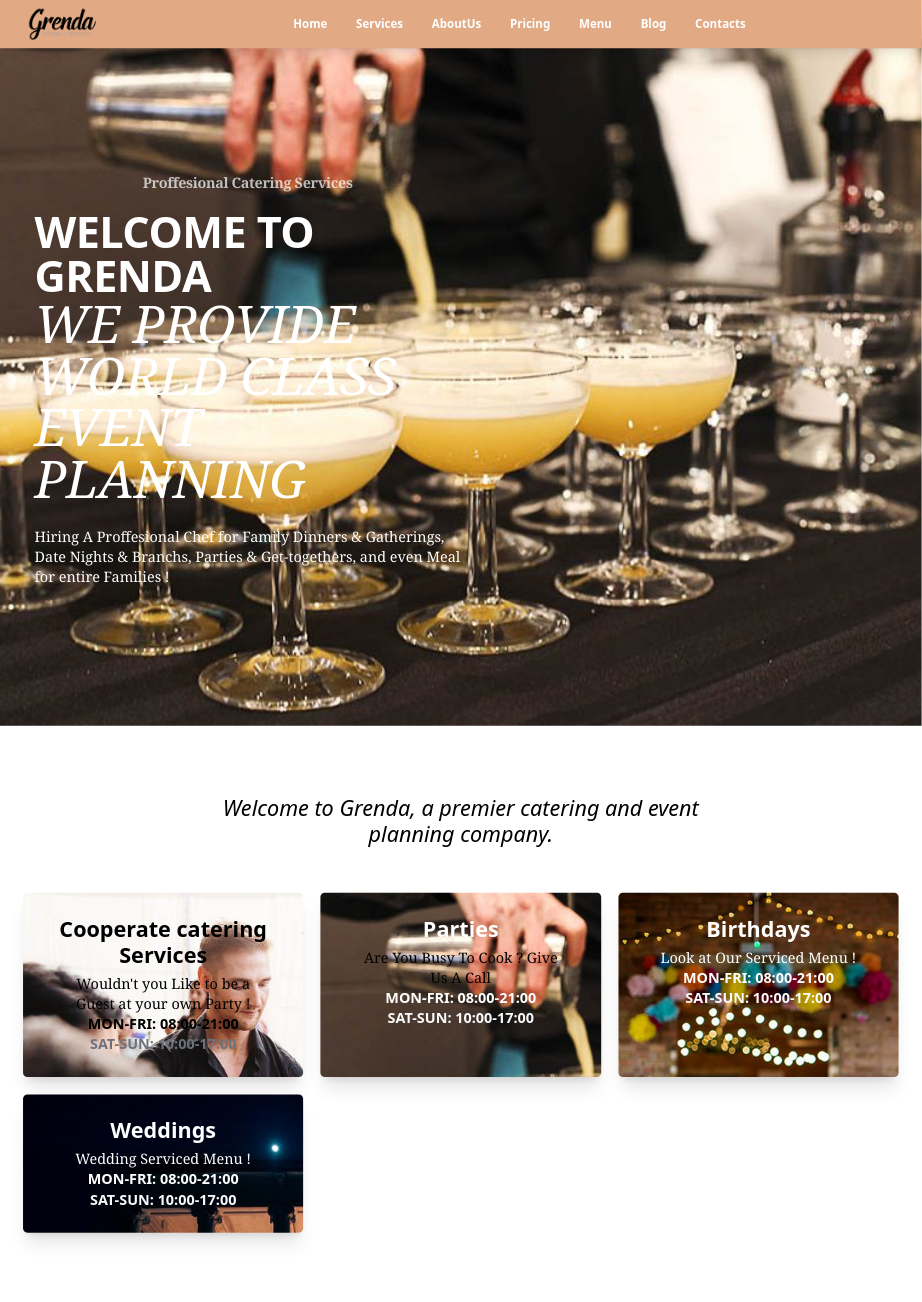
Repository: remydev47/grandes-events
Page: /
An editor plug-in stored every save of this project. The page is shown before and after the next save, followed by the edit.
The browser window is 1280 px wide. The pictures show the whole page, at 72% of full size.
The project was rebuilt for these pictures with package versions that can differ from the ones it lists, and the page was loaded fresh each time. Also part of the build but not shown: vite.config.js.

Above is the page before, as saved 2023-02-08 15:41:25.

### index.html
<!DOCTYPE html>
<html lang="en">
  <head>
    <meta charset="UTF-8" />
    <link rel="icon" type="image/svg+xml" href="/vite.svg" />
    <meta name="viewport" content="width=device-width, initial-scale=1.0" />
    <title>Grendas</title>
  </head>
  <body>
    <div id="root"></div>
    <script type="module" src="/src/main.jsx"></script>
  </body>
</html>

### src/App.jsx
import { useState } from 'react'
import reactLogo from './assets/react.svg'
import Hero from './components/Hero'
import Navbar from './components/Navbar'
import Services from './components/Services'

function App() {
  const [count, setCount] = useState(0)

  return (
   <div>
      <Navbar />
      <Hero />
      <Services />
   </div>
  )
}

export default App

### src/index.css
@import url("https://fonts.googleapis.com/css2?family=Epilogue:wght@400;500;600;700&display=swap");

@tailwind base;
@tailwind components;
@tailwind utilities;

### src/components/Hero.jsx
import React from 'react'
import { hero } from '../assets'

const Hero = () => {
  return (
    <section className='relative pt-48 pb-12 xl:pt-60 sm:pb-16 lg:pb-32 xl:pb-48 2xl:pb-56'>
    <div className="absolute inset-0">
     <img className="object-cover w-full h-full" src={hero} alt="" />
    </div>
   <div className='relative'>
    <div className="px-6 mx-auto sm:px-8 lg:px-12 max-w-7xl">
      <div className="w-full lg:w-2/3 xl:w-1/2">
        <h1 className="font-serif text-xl font-bold tracking-tight text-white text-opacity-70 text-center">Proffesional Catering Services</h1>
        <p className="mt-6 tracking-tighter text-[#FFF]">
          <span className="font-sans font-bold text-6xl">WELCOME TO GRENDA </span><br />
          <span className="font-serif italic font-BOLD text-7xl">WE PROVIDE WORLD CLASS EVENT PLANNING</span>
        </p>
        <p className="mt-8 font-erif text-xl font-serif text-[#fff]">
          Hiring A Proffesional Chef for Family Dinners & Gatherings, Date Nights & Branchs, Parties & Get-togethers, and even Meal for entire Families !
        </p>
      </div>
    </div>
   </div>
  </section>
  )
}

export default Hero

### src/components/Navbar.jsx
import React from 'react'
import { navLinks } from '../constants'
import Menupopover from './Menupopover'
import { logo } from '../assets'

const Navbar = () => {
  return (
    <header className="fixed inset-x-0 bg-[#e1a984] z-20 flex justify-between items-center py-2 px-2 shadow-lg dark:bg-slate-900 sm:py-3 sm:px-8">
      <div className='flex grow-0 basis-1/3 md:hidden'>
        <Menupopover />
      </div>

     <div className='flex grow-0 ml-2 justify-center md:justify-start'>
       <img src={logo} alt='user' className='w-[60%] h-[60%] object-contain' />
     </div>


     <ul className="list-none sm:flex hidden justify-center items-center flex-1">
     {navLinks.map((nav, index) => (
        <li
        key={nav.id}
        className={`font-bold cursor-pointer text-[16px
           ${index === navLinks.length - 1 ? 'mr-0' : 'mr-10'}
          text-white `}
        >
            <a>{nav.title}</a>
        </li>
      ))}
      </ul>

    </header>
  )
}

export default Navbar

### src/components/Services.jsx
import React from 'react'


const services =[
  {
    image:"",
    name:'',

  },
  {
    image:"",
    name:'',

  },
  {
    image:"",
    name:'',

  },
  {
    image:"",
    name:'',

  },
]

const Services = () => {
  return (
    <section className={` sm:py-16 lg:py-24`}>
      <div className="px-4 mx-auto max-w-7xl sm:px-6 lg:px-8">
       <div className="max-w-2xl mx-auto text-center">
         <h2 className="text-xl font-normal italic leading-tight text-black lg:text-3xl">
          Welcome to Grenda, a premier catering and event planning company.
         </h2>
       </div>

       <div className="grid max-w-md grid-cols-1 gap-6 mx-auto mt-8 text-center lg:max-w-full lg:mt-16 lg:grid-cols-3">

        <div className="overflow-hidden bg-[url('./src/assets/service1.jpeg')] shadow-xl border-gray-300 rounded-md">
          <div className="p-8 xl:px-12 flex flex-col items-center justify-center">
             <div className='flex flex-col'>
               <h1 className='text-3xl font-semibold text-black'>Cooperate catering Services</h1>
             </div>
             <h2 className='font-normal text-xl font-serif text-black text-center mt-2'>
               Wouldn't you Like to be a Guest at your own Party !
             </h2>
             <p className='text-xl text-black text-center font-bold'>
               MON-FRI: 08:00-21:00
             </p>
             <p className='text-xl text-gray-500 text-center font-bold'>
               SAT-SUN: 10:00-17:00
             </p>
          </div>
        </div>

        <div className="overflow-hidden bg-[url('./src/assets/hero.jpeg')] shadow-xl border-gray-300 rounded-md">
          <div className="p-8 xl:px-12 flex flex-col items-center justify-center">
             <div className='flex flex-col'>
               <h1 className='text-3xl font-semibold text-white'>Parties</h1>
             </div>
             <h2 className='font-normal text-xl font-serif text-black text-center mt-2'>
               Are You Busy To Cook ? Give Us A Call
             </h2>
             <p className='text-xl text-white text-center font-bold'>
               MON-FRI: 08:00-21:00
             </p>
             <p className='text-xl text-gray-50 text-center font-bold'>
               SAT-SUN: 10:00-17:00
             </p>
          </div>
        </div>

        <div className="overflow-hidden bg-[url('./src/assets/service3.jpeg')] shadow-xl border-gray-300 rounded-md">
          <div className="p-8 xl:px-12 flex flex-col items-center justify-center">
             <div className='flex flex-col'>
               <h1 className='text-3xl font-semibold text-white'>Birthdays</h1>
             </div>
             <h2 className='font-normal text-xl font-serif text-white text-center mt-2'>
               Look at Our Serviced Menu !
             </h2>
             <p className='text-xl text-white text-center font-bold'>
               MON-FRI: 08:00-21:00
             </p>
             <p className='text-xl text-gray-50 text-center font-bold'>
               SAT-SUN: 10:00-17:00
             </p>
          </div>
        </div>

        <div className="overflow-hidden bg-[url('./src/assets/service2.jpeg')] shadow-xl border-gray-300 rounded-md">
          <div className="p-8 xl:px-12 flex flex-col items-center justify-center">
             <div className='flex flex-col'>
               <h1 className='text-3xl font-semibold text-white'>Weddings</h1>
             </div>
             <h2 className='font-normal text-xl font-serif text-white text-center mt-2'>
               Wedding Serviced Menu !
             </h2>
             <p className='text-xl text-white text-center font-bold'>
               MON-FRI: 08:00-21:00
             </p>
             <p className='text-xl text-gray-50 text-center font-bold'>
               SAT-SUN: 10:00-17:00
             </p>
          </div>
        </div>



       </div>
      </div>
    </section>
  )
}

export default Services

### src/assets/index.js
import menu from './menu.svg';
import logo from './logo3.png';
import close from './close.svg';
import hero from './hero.jpeg';
import service1 from './service1.jpeg';
import service2 from './service2.jpeg';
import service3 from './service3.jpeg'

export{
    menu, logo, close, hero, service1, service2, service3
}

### src/constants/index.js
export const navLinks=[
    {
        id:"home",
        title:"Home",
    },
    {
        id:"services",
        title:"Services",
    },
    {
        id:"AboutUs",
        title:"AboutUs",
    },
    {
        id:"pricing",
        title:"Pricing",
    },
    {
        id:"menu",
        title:"Menu",
    },
    {
        id:"blog",
        title:"Blog",
    },
    {
        id:"contacts",
        title:"Contacts",
    },
]

### src/components/Menupopover.jsx
import React, { useState } from 'react'
import { navLinks } from '../constants'
import { logo, menu } from '../assets'

const Menupopover = () => {
    const [toggleDrawer, setToggleDrawer] = useState(false);

  return (
    <div className='sm:hidden flex justify-between
     items-center relative'>
      <div className='w-[40px] h-[40px] rounded-[10px] bg-[#e1a984] flex
          justify-center items-center cursor-pointer'>
              {/* <img src={logo} alt='user' className='w-[60%] h-[60%] object-contain' /> */}
      </div>
      <img
        src={menu}
        alt="menu"
        className='w-[34px] h-[34px] object-contain cursor-pointer'
        onClick={() => setToggleDrawer((prev) => !prev)}
      />
      <div className={`fixed top-[60px] bg-[#e1a984] w-full max-w-xs
       ${!toggleDrawer ? '-translate-y-[100vh]' : 'translate-y-0'} transition-all duration-700`}>
        <ul className='list-none flex flex-col justify-end items-center flex-1'>
          {navLinks.map((nav, index) => (
             <li
              key={nav.id}
              className={`font-bold cursor-pointer text-[16px]
              mt-2 border-t border-slate-200 py-4 dark:border-slate-600
              ${index === navLinks.length - 1 ? 'mr-0' : 'mb-4'}
               text-white `}
             >
                 <a>{nav.title}</a>
             </li>
          ))}
        </ul>
       </div>
   </div>
  )
}

export default Menupopover

const styles = {
  container:`fixed top-0 bottom-0 left-0 w-full max-w-xs rounded-r-xl bg-[#e1a984] p-6 shadow-lg dark:bg-gray-800`,
  container2:`absolute top-[60px] right-0 left-0 bg-[#e1a984] z-10 shadow-secondary py-4`
}

### tailwind.config.cjs
/** @type {import('tailwindcss').Config} */
module.exports = {
  content: [
    "./index.html",
    "./src/**/*.{js,ts,jsx,tsx}",
  ],
  theme: {
    extend: {
      backgroundImage: {
        'bg-1': "url('./src/assets/service1.jpeg')",
        'bg-2': "url('./src/assets/hero.jpeg')",
        'bg-3': "url('./src/assets/service2.jpeg')",
        'bg-4': "url('./src/assets/service3.jpeg')",
      },
      fontFamily: {
        epilogue: ['Epilogue', 'sans-serif'],
      },
      boxShadow: {
        secondary: '10px 10px 20px rgba(2, 2, 2, 0.25)',
      },
    },
  },
  plugins: [],
}

Loaded but not shown: src/main.jsx (common file)

After the next save:
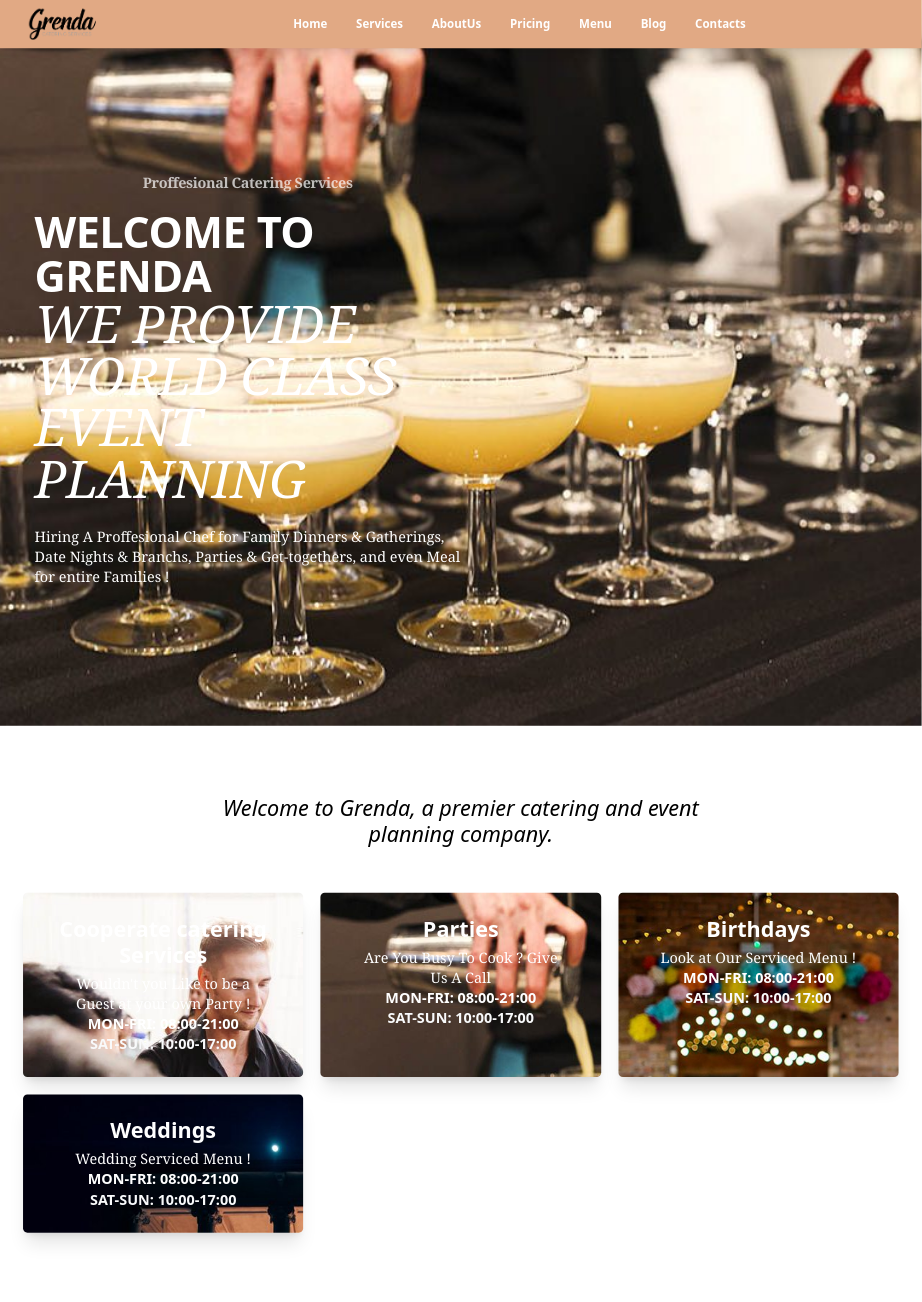
Saved 36 s later.
--- a/src/components/Services.jsx
+++ b/src/components/Services.jsx
@@ -39,15 +39,15 @@ const Services = () => {
         <div className="overflow-hidden bg-[url('./src/assets/service1.jpeg')] shadow-xl border-gray-300 rounded-md">
           <div className="p-8 xl:px-12 flex flex-col items-center justify-center">
              <div className='flex flex-col'>
-               <h1 className='text-3xl font-semibold text-black'>Cooperate catering Services</h1>
+               <h1 className='text-3xl font-semibold text-white'>Cooperate catering Services</h1>
              </div>
-             <h2 className='font-normal text-xl font-serif text-black text-center mt-2'>
+             <h2 className='font-normal text-xl font-serif text-white text-center mt-2'>
                Wouldn't you Like to be a Guest at your own Party !
              </h2>
-             <p className='text-xl text-black text-center font-bold'>
+             <p className='text-xl text-white text-center font-bold'>
                MON-FRI: 08:00-21:00
              </p>
-             <p className='text-xl text-gray-500 text-center font-bold'>
+             <p className='text-xl text-gray-50 text-center font-bold'>
                SAT-SUN: 10:00-17:00
              </p>
           </div>
@@ -58,7 +58,7 @@ const Services = () => {
              <div className='flex flex-col'>
                <h1 className='text-3xl font-semibold text-white'>Parties</h1>
              </div>
-             <h2 className='font-normal text-xl font-serif text-black text-center mt-2'>
+             <h2 className='font-normal text-xl font-serif text-white text-center mt-2'>
                Are You Busy To Cook ? Give Us A Call
              </h2>
              <p className='text-xl text-white text-center font-bold'>
